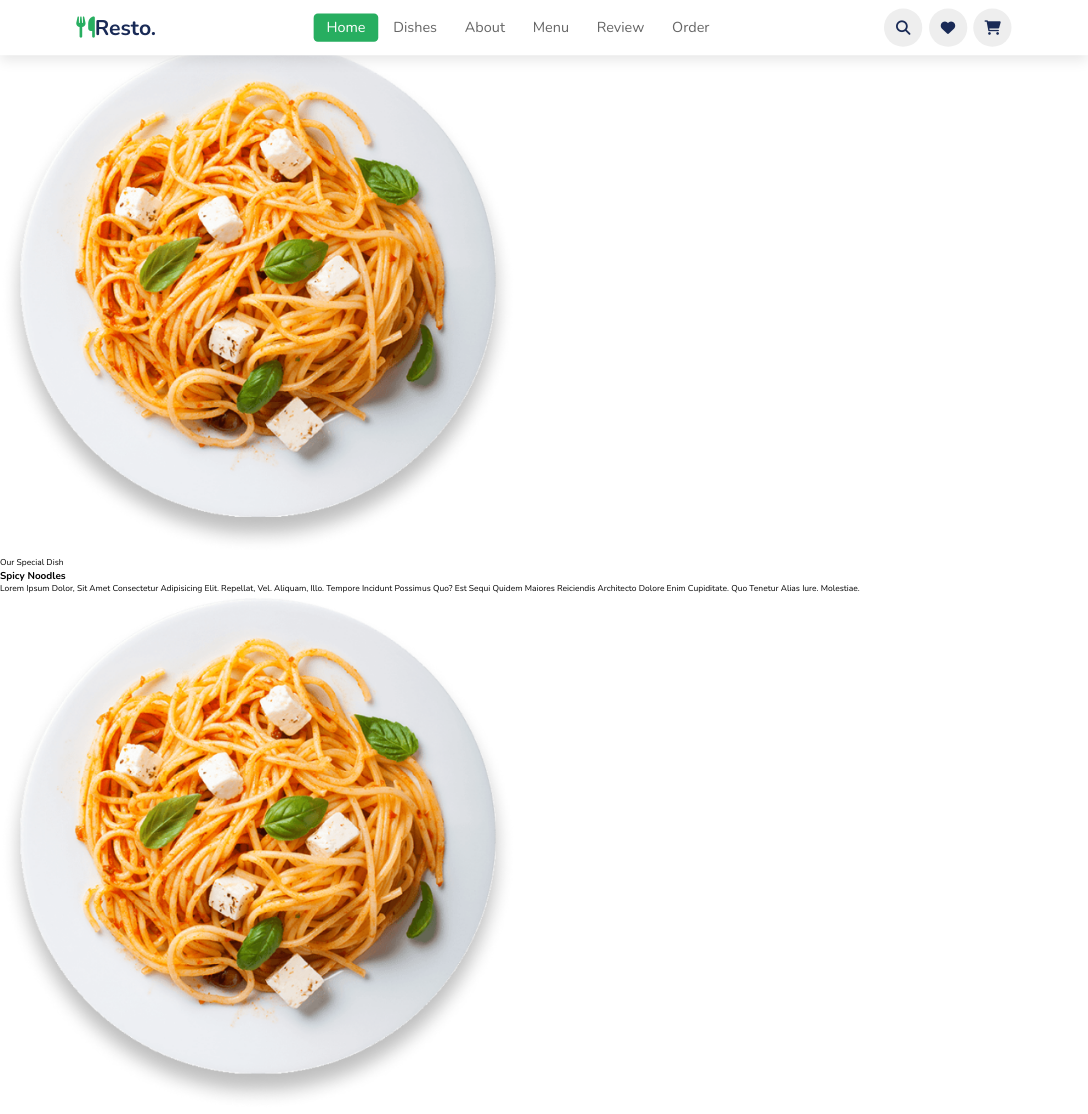
Repository: CarsonDev1/FoodWeb
Page: index.html
The author's editor kept a copy of each file at every save. The page is drawn from the files as they stood at one save, then again after the next save.
The browser window is 1280 px wide. The pictures show the whole page, at 85% of full size.
Some web libraries are served in a nearby version.

Above is the page before, as saved 2022-05-18 19:24:32.

### index.html
<!DOCTYPE html>
<html lang="en">
  <head>
    <meta charset="UTF-8" />
    <meta http-equiv="X-UA-Compatible" content="IE=edge" />
    <meta name="viewport" content="width=device-width, initial-scale=1.0" />
    <title>Document</title>
    <!-- CSS link -->
    <link rel="stylesheet" href="./css/style.css" />
    <!-- Google font -->
    <link rel="preconnect" href="https://fonts.googleapis.com" />
    <link rel="preconnect" href="https://fonts.gstatic.com" crossorigin />
    <link
      href="https://fonts.googleapis.com/css2?family=DM+Sans:wght@700&family=Manrope:wght@400;700;800&family=Nunito:wght@200;300;400;600;700&display=swap"
      rel="stylesheet"
    />
    <!-- font awesome cdn link -->
    <link
      rel="stylesheet"
      href="https://cdnjs.cloudflare.com/ajax/libs/font-awesome/6.1.1/css/all.min.css"
    />
  </head>
  <body>
    <!-- Header section start -->
    <header>
      <a href="#" class="logo"><i class="fas fa-utensils"></i>resto.</a>
      <nav class="navbar">
        <a class="active" href="#home">home</a>
        <a href="#dishes">dishes</a>
        <a href="#about">about</a>
        <a href="#menu">menu</a>
        <a href="#review">review</a>
        <a href="#order">order</a>
      </nav>
      <div class="icons">
        <i class="fas fa-bars" id="menu-bars"></i>
        <i class="fas fa-search" id="search-icon"></i>
        <a href="#" class="fas fa-heart"></a>
        <a href="#" class="fas fa-shopping-cart"></a>
      </div>
    </header>
    <!-- Header section end -->
    <!-- Search form -->
    <form action="" id="search-form">
      <input
        type="search"
        placeholder="search here..."
        name=""
        id="search-box"
      />
      <label for="search-box" class="fas fa-search"></label>
      <i class="fas fa-times" id="close"></i>
    </form>
    <!-- home section start -->
    <section class="home" id="home">
      <div class="container">
        <div class="wrapper">
          <div class="slide">
            <div class="content">
              <span>our special dish</span>
              <h3>spicy noodles</h3>
              <p>
                Lorem ipsum dolor, sit amet consectetur adipisicing elit.
                Repellat, vel. Aliquam, illo. Tempore incidunt possimus quo? Est
                sequi quidem maiores reiciendis architecto dolore enim
                cupiditate. Quo tenetur alias iure. Molestiae.
              </p>
              <a href="#" class="btn"></a>
            </div>
            <div class="image">
              <img src="images/home-img-1.png" alt="" />
            </div>
          </div>
          <div class="slide">
            <div class="content">
              <span>our special dish</span>
              <h3>spicy noodles</h3>
              <p>
                Lorem ipsum dolor, sit amet consectetur adipisicing elit.
                Repellat, vel. Aliquam, illo. Tempore incidunt possimus quo? Est
                sequi quidem maiores reiciendis architecto dolore enim
                cupiditate. Quo tenetur alias iure. Molestiae.
              </p>
              <a href="#" class="btn"></a>
            </div>
            <div class="image">
              <img src="images/home-img-1.png" alt="" />
            </div>
          </div>
        </div>
      </div>
    </section>
    <!-- home section end -->
    <!-- JS file link -->
    <script src="./js/app.js"></script>
  </body>
</html>

### css/style.css
:root {
  --green: #27ae60;
  --black: #192a56;
  --light-color: #666;
  --box-shadow: 0 0.5rem 1.5rem rgba(0, 0, 0, 0.1);
}
* {
  font-family: "Nunito", sans-serif;
  margin: 0;
  padding: 0;
  box-sizing: border-box;
  text-decoration: none;
  outline: none;
  border: none;
  text-transform: capitalize;
  transition: all 0.2s linear;
}
html {
  font-size: 62.5%;
  overflow-x: hidden;
  scroll-padding-top: 5.5rem;
  scroll-behavior: smooth;
}
header {
  position: fixed;
  top: 0;
  left: 0;
  right: 0;
  background: #fff;
  padding: 1rem 7%;
  display: flex;
  align-items: center;
  justify-content: space-between;
  z-index: 1000;
  box-shadow: var(--box-shadow);
}
header .logo {
  color: var(--black);
  font-size: 2.5rem;
  font-weight: bolder;
}
header .logo i {
  color: var(--green);
}
header .navbar a {
  font-size: 1.7rem;
  border-radius: 0.5rem;
  padding: 0.5rem 1.5rem;
  color: var(--light-color);
}
header .navbar a.active,
header .navbar a:hover {
  background: var(--green);
  color: #fff;
}
header .icons i,
header .icons a {
  cursor: pointer;
  margin-left: 0.5rem;
  height: 4.5rem;
  line-height: 4.5rem;
  width: 4.5rem;
  text-align: center;
  font-size: 1.7rem;
  color: var(--black);
  border-radius: 50%;
  background: #eee;
}
header .icons i:hover,
header .icons a:hover {
  color: #fff;
  background: var(--green);
  transform: rotate(360deg);
}
header .icons #menu-bars {
  display: none;
}
#search-form {
  position: fixed;
  top: -110%;
  left: 0;
  height: 100%;
  width: 100%;
  z-index: 1004;
  background: rgba(0, 0, 0, 0.8);
  display: flex;
  align-items: center;
  justify-content: center;
  padding: 0 1rem;
}
#search-form.active {
  top: 0;
}
#search-form #search-box {
  width: 50rem;
  border-bottom: 1px solid #fff;
  padding: 1rem 0;
  color: #fff;
  font-size: 3rem;
  text-transform: none;
  background: none;
}
#search-form #search-box::placeholder {
  color: #eee;
}
#search-form #search-box::-webkit-search-cancel-button {
  -webkit-appearance: none;
}
#search-form label {
  color: #fff;
  cursor: pointer;
  font-size: 3rem;
}
#search-form label:hover {
  color: var(--green);
}
#search-form #close {
  position: absolute;
  color: #fff;
  cursor: pointer;
  top: 2rem;
  right: 3rem;
  font-size: 5rem;
}
/* media queries */
@media (max-width: 991px) {
  html {
    font-size: 55%;
  }
  header {
    padding: 1rem 2rem;
  }
}
@media (max-width: 768px) {
  header .icons #menu-bars {
    display: inline-block;
  }
  header .navbar {
    position: absolute;
    top: 100%;
    left: 0;
    right: 0;
    background: #fff;
    border-top: 0.1rem solid rgba(0, 0, 0, 0.2);
    padding: 1rem;
    clip-path: polygon(0 0, 100% 0, 100% 0, 0 0);
  }
  header .navbar.active {
    clip-path: polygon(0 0, 100% 0, 100% 100%, 0 100%);
  }
  header .navbar a {
    display: block;
    font-size: 2.5rem;
    padding: 1.5rem;
    margin: 1rem;
    background: #eee;
  }
  #search-form #search-box {
    width: 90%;
    margin: 0 1rem;
  }
}
@media (max-width: 991px) {
  html {
    font-size: 50%;
  }
}

### js/app.js
let menu = document.querySelector("#menu-bars");
let navbar = document.querySelector(".navbar");

menu.onclick = () => {
  menu.classList.toggle("fa-times");
  navbar.classList.toggle("active");
};
menu.onscroll = () => {
  menu.classList.remove("fa-times");
  navbar.classList.remove("active");
};
document.querySelector("#search-icon").onclick = () => {
  document.querySelector("#search-form").classList.toggle("active");
};
document.querySelector("#close").onclick = () => {
  document.querySelector("#search-form").classList.remove("active");
};

After the next save:
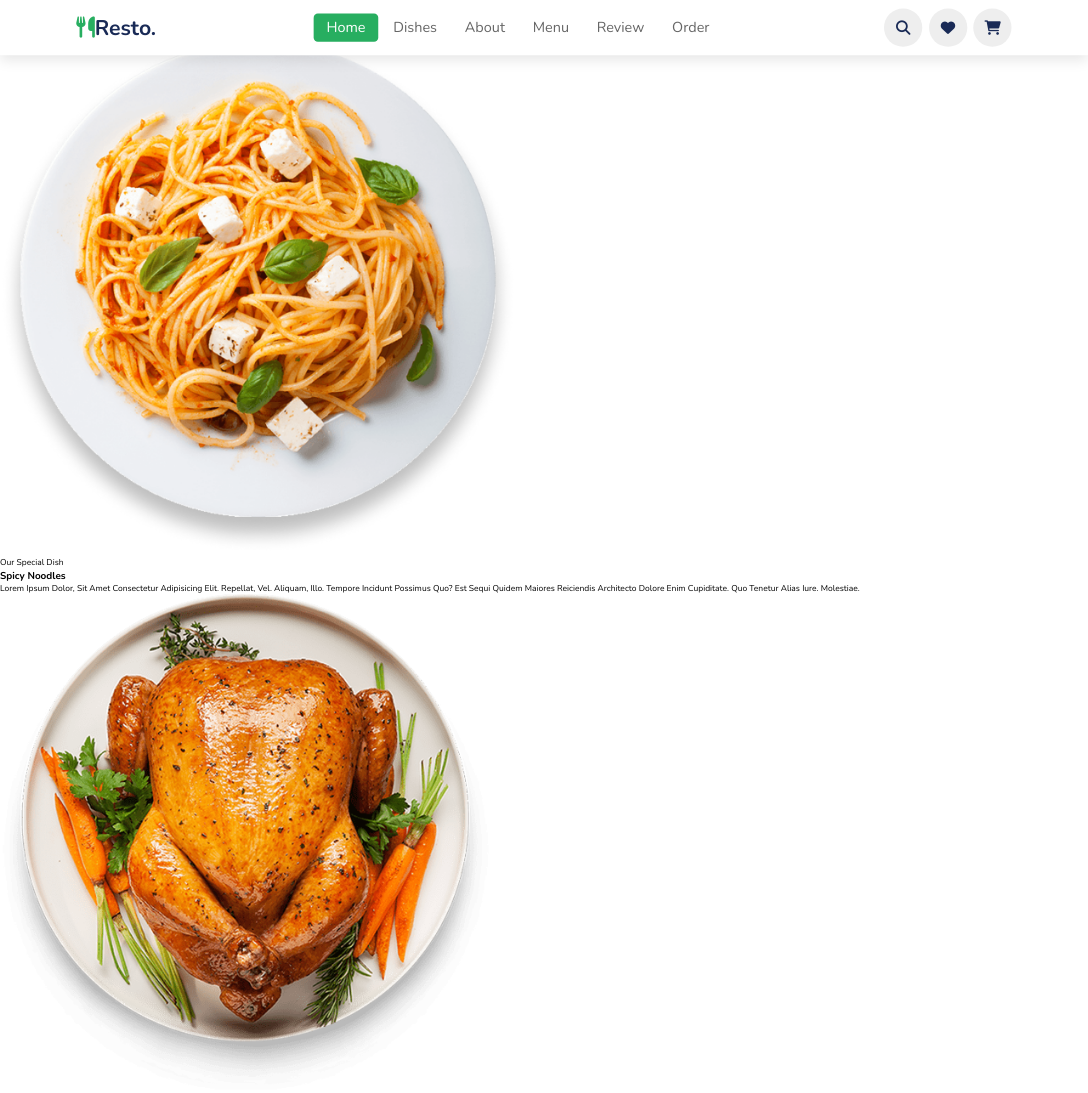
Saved 21 s later.
--- a/index.html
+++ b/index.html
@@ -84,7 +84,7 @@
               <a href="#" class="btn"></a>
             </div>
             <div class="image">
-              <img src="images/home-img-1.png" alt="" />
+              <img src="images/home-img-2.png" alt="" />
             </div>
           </div>
         </div>
